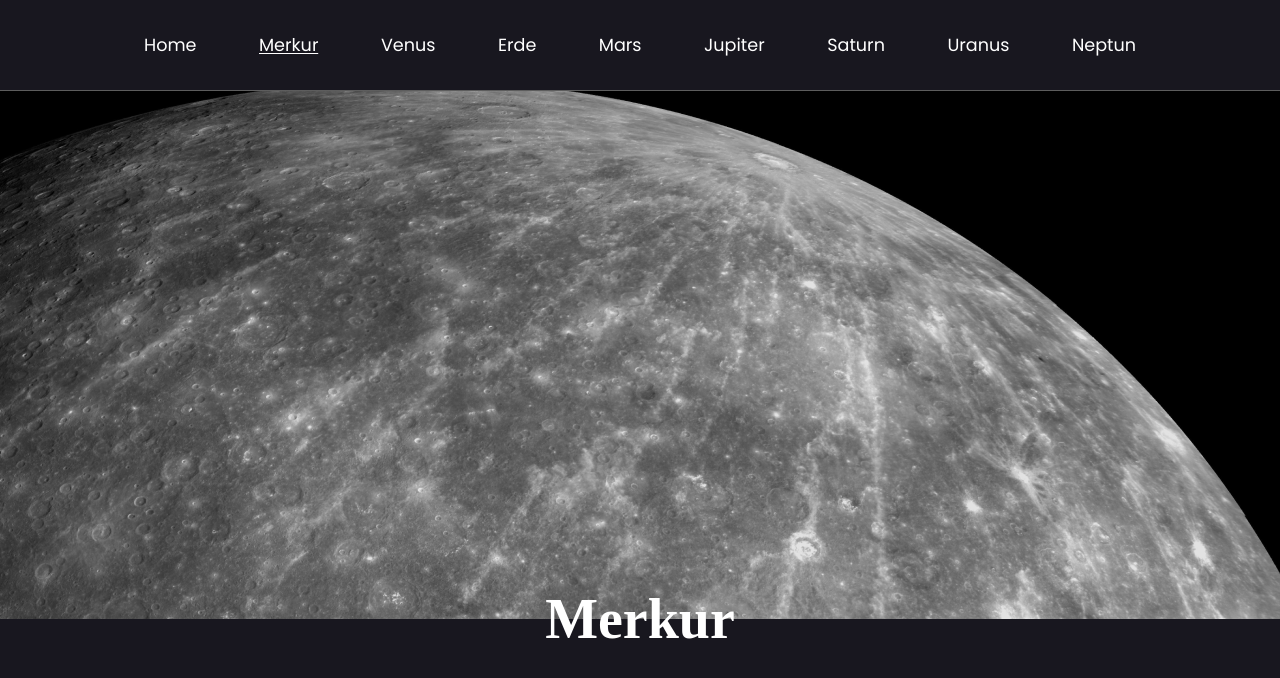
Repository: moreno-livak/solar
Page: dist/html/merkur.html
These files come from the project's save history. The page is drawn as it stood at one moment and after the next save; the edit follows.
The browser window is 1280 px wide. The pictures show the whole page.
The style sheet was rebuilt from its Sass, Less or Tailwind sources for each picture, by a compiler version that may differ from the author's.

Above is the page before, as saved 2022-05-07 12:49:27.
Console error: TypeError: Cannot read properties of null (reading 'getAttribute')

### dist/html/merkur.html
<!DOCTYPE html>
<html>
  <head>
    <!-- Poppins -->
    <link rel="preconnect" href="https://fonts.googleapis.com">
    <link rel="preconnect" href="https://fonts.gstatic.com" crossorigin>
    <link href="https://fonts.googleapis.com/css2?family=Poppins:ital,wght@0,300;0,400;0,500;0,600;0,700;1,300;1,400;1,500;1,600;1,700&display=swap" rel="stylesheet">
    <!-- Playfair Display -->
    <link rel="preconnect" href="https://fonts.googleapis.com">
    <link rel="preconnect" href="https://fonts.gstatic.com" crossorigin>
    <link href="https://fonts.googleapis.com/css2?family=Playfair+Display:wght@700&display=swap" rel="stylesheet">
    <!-- Erscheinungsbild -->
    <link rel="icon" href="../assets/merkur/Merkur_Icon.png">
    <title>Merkur</title>
    <link href="../css/home.css" rel="stylesheet">
  </head>

  <body>
    <nav>
      <ul class="second-nav">
          <li><a href="../index.html">Home</a></li>
          <div class="openMenu"><img class="burger" src="../assets/Menu-Icon.svg" alt="Menu"></div>
      </ul>
      <ul class="mainMenu">
          <li><a class="home" href="../index.html">Home</a></li>
          <li><a class="active margin" href="merkur.html">Merkur</a></li>
          <div class="menu-vl"></div>
          <li><a href="">Venus</a></li>
          <div class="menu-vl"></div>
          <li><a href="">Erde</a></li>
          <div class="menu-vl"></div>
          <li><a href="">Mars</a></li>
          <div class="menu-vl"></div>
          <li><a href="">Jupiter</a></li>
          <div class="menu-vl"></div>
          <li><a href="">Saturn</a></li>
          <div class="menu-vl"></div>
          <li><a href="">Uranus</a></li>
          <div class="menu-vl"></div>
          <li><a href="">Neptun</a></li>
          <div class="closeMenu"><img class="exit" src="../assets/Exit-Menu.svg" alt="Exit"></div>
      </ul>
  </nav>


  <section class="header">
    <div class="image-header"><img src="../assets/Merkur/Merkur-Header.png"></div>
    <h1>Merkur</h1>
  </section>




  <script src="../scripts/merkur.js"></script>
</body>
</html>

### src/scss/home.scss
/*Variablen*/

$left-margin: 9rem;
$base-font-size: 1.1rem;
$transition: .4s;
$main-title: 3.5rem;
$h1: 2.8rem;
$h2: 2.4rem;




/*Scrollbar*/

::-webkit-scrollbar{
    width: .7em;
} // Dicke

::-webkit-scrollbar-track{
    background-color: #242230;
} // Hintergrundfrabe

::-webkit-scrollbar-thumb{
    border-radius: 5px;
    background-color:#312f3f;
    &:hover{
        background-color: #383647;
    }
} // Thumb zum Scrollen




body {
    background: #18171F;
    margin: 0;
    font-family: 'Poppins';
    color: white;
    max-width: 100%;
    overflow-x: hidden;
}



/*Navigation*/

nav {
    border-bottom: 1px #5D5D5D solid;
    .second-nav{
        display: none;
    }

    .menu-vl{
        display: none;
    }

    .openMenu{
        display: none;
    }

    .closeMenu{
        display: none;
    }

    ul{
        margin: 2rem $left-margin 2rem $left-margin;
        display: flex;
        justify-content: space-between;
        li{
            list-style-type: none;
            margin-left: -2.5em;
            a{
                border: none;
                color: white;
                font-size: $base-font-size;
                font-weight: medium;
                text-decoration: none;
                display: inline-block;
                position: relative;
                clip-path: polygon(0 0, 100% 0, 100% 100%, 0% 100%);
                &:before, &:after {
                    position: absolute;
                    content: '';
                    border-bottom: 2px solid rgb(255, 255, 255);
                    border-radius: 0em;
                    bottom: .1em;
                    transition: transform .8s cubic-bezier(0.075, 0.82, 0.165, 1);
                }

               &:before {
                    width: 0.01em;
                    margin-left: -.1em;
                    transform-origin: left;
                }

                &:hover:before {
                    margin-left: 0em;
                    transform: scaleX(88);
                }
            }
            .active{
                text-decoration: underline;
                color: #ffffff;
                text-underline-offset: 0.14em;
            }
        }
    }
}





/*Header*/

header{
    justify-content: space-between;
    display: flex;
    .left{
        float:left;
        margin: 8rem 0 0 $left-margin;
        h1{
            font-family: 'Playfair+Display';
            font-size: $main-title;
            width: 10em;
        }
        p{
            font-size: $base-font-size;
            margin-right: 3rem;
        }
        .cta{
            display: flex;
            background: #242230;
            border-radius: 10px;
            margin-top: 2.5rem;
            width: 19.5rem;
            a{
                background: #FDB513;
                margin-right: 1em;
                padding: .5em 1em .5em 1em;
                border-radius: 8px;
                color: #18171F;
                font-weight: bold;
                font-size: $base-font-size;
                text-decoration: none;
                margin: .5em;
                transition: $transition;
            }
            a:hover{
                margin: 0;
                padding: 1em 1.5em 1em 1.5em;
                transition: $transition;
            }
            p{
                margin: auto 1rem auto 1rem;
                font-size: $base-font-size;
            }
        }
    }
    img{
        margin-top: 3em;
        float:right;
    }
}




/*Quikfacts*/

section.quik-facts{
    margin: 6rem 18rem 6rem 18rem;
    display: flex;
    flex-wrap: wrap;
    justify-content: space-between;
    .quik-fact{
        display: flex;
        margin: 0 2rem 0 2rem;
        p.number{
            font-family: 'Playfair';
            font-size: 3.5rem;
            font-weight: bold;
            color: #ffffff;
            margin: 1rem 1.5rem 0 1.5rem;
        }
        p{
            font-family: 'Poppins';
            color: #BDBDBD;
            font-size: $base-font-size;
        }
    }
}




/*Orbitale Ebene*/

section.orbit{
    margin: 9rem $left-margin 9rem $left-margin;
    h1{
        font-size: $h1;
        font-family: 'Playfair';
        font-weight: bold;
    }

    p{
        font-size: $base-font-size;
        text-align: justify;
        font-weight: 400;
        margin-bottom: 2rem;
    }

    div.content{
        background: #242230;
        border-radius: 10px;
        display: flex;
        padding: .7rem 3rem .7rem .7rem;
        .vl{
            border-left: 3.5px solid #383647;
            margin: auto 2rem auto 2rem;
            height: 6rem;
            border-radius: 10px;
        }
        p{
          font-size: $base-font-size;
          text-align: justify;
          font-weight: 400;
          margin: auto 0 auto 0;
        }
    }

    h2{
        font-size: $h2;
        font-family: 'Playfair';
        font-weight: bold;
        margin-top: 3.5rem;
    }

    .tooltip-dark{
        color: #4884F6;
        cursor: pointer;
        position: relative;
        .tip{
            visibility: hidden;
            width: 200px;
            background-color: #18171F;
            color: #fff;
            text-align: center;
            border-radius: 10px;
            padding: 10px 5px 10px 5px;
            position: absolute;
            display: inline-block;
            bottom: 120%;
            left: 50%;
            margin-left: -110px;
            opacity: 0;
            transition: opacity 0.3s;
            z-index: 1000;
        }
        .tip.active{
            visibility: visible;
            opacity: 1;
        }
    }
    .tooltip-light{
        color: #4884F6;
        cursor: pointer;
        position: relative;
        .tip{
            visibility: hidden;
            width: 245px;
            background-color: #242230;
            color: #fff;
            text-align: center;
            border-radius: 10px;
            padding: 10px 5px 10px 5px;
            position: absolute;
            display: inline-block;
            bottom: 120%;
            left: 50%;
            margin-left: -125px;
            opacity: 0;
            transition: opacity 0.3s;
            z-index: 1000;
        }
        .tip.active{
        visibility: visible;
        opacity: 1;
        }
    }




    /*Tabs*/

    .struggle{
        margin-top: 2rem;
        background: #242230;
        width: 23.9rem;
        border-radius: 10px;
        ul{
            display: flex;
            padding: 0.7rem;
        }
    }
    .tabs .trigger{
        list-style-type: none;
        padding: 10px;
        background: #242230;
        border-radius: 6px;
        display: inline-block;
        padding: 10px 20px;
        cursor: pointer;
    }
    .tabs .trigger.active{
        background: #18171F;
        color: white;
    }
    .tabs .content{
        background: #242230;
        display: none;
    }
    .tabs .content.active{
        display: flex;
        margin-top: 1.5rem;
    }


    .link{
        color: #4884F6;
        text-decoration: none;
    }


    //Trigger
    .dropdown .trigger{
        border: 1px solid #242230;
        border-radius: 10px;
        background: #242230;
        font-size: $base-font-size;
        position: relative;
        cursor: pointer;
        margin: 2rem 0 1em 0;
        padding: 1.5rem;
    }
    .dropdown .trigger.active{
        border: 1px solid #242230;
        border-radius: 10px 10px 0 0;
        background: #242230;
        margin: 2rem 0 0em 0;
    }

    // Symbol
    .dropdown .trigger::after{
        content: ">";
        font-family: 'Arial';
        font-size: large;
        background: #312f3f;
        border-radius: 50%;
        padding: .5rem 2rem .5rem 2rem;
        margin: -.4rem -1.5rem 0rem 0rem;
        right: 1.5rem;
        display: inline-block;
        position: absolute;
        transform: rotate(90deg) scale(0.5, 1);
        font-weight: bold;
        transition: transform 0.3s;
        font-size: 1.2rem;
        font-weight: 400;
    }
    .dropdown .trigger.active::after{
        transform: rotate(-90deg) scale(0.5, 1);
    }

    // Content
    .dropdown .content{
        display: none;
    }
    .dropdown .content.active{
        display: block;
        border: 2px solid #242230;
        background: #18171F;
        font-size: $base-font-size;
        border-radius: 0 0 10px 10px;
        padding: 1.5rem 1.5rem 1.5rem 1.5rem;
        margin-top: -1px;
    }
}



/*Planeten Erkunden*/

.more{
    margin: 3rem $left-margin 4rem $left-margin;
    h1{
        font-size: $h1;
        font-family: 'Playfair';
        font-weight: bold;
    }
    .planets{
        display: grid;
        grid-template-columns: repeat(8, 1fr);
        column-gap: 1.5rem;
        .planet{
            display: grid;
            grid-template-rows: repeat(2, 1fr);
            grid-template-rows: 3rem 4rem;
            place-items: center;
            background: #242230;
            border-radius: 10px;
            text-align: center;
            bottom: 0;
            padding: 1rem 2rem 1rem 2rem;
            text-decoration: none;
            color: #ffffff;
            p{
                margin: 1rem 0 0rem 0;
            }
            img{
                margin: 2rem 0 1rem 0;
                transition: $transition;
            }
        }
        .planet:hover{
            img{
                margin: 1.5rem 0 1.5rem 0;
                transform: rotate(180deg);
                transition: $transition;
            }
        }
    }
}




/*Footer*/
footer{
    margin: $left-margin 0 3rem 0;
    display: flex;
    justify-content: space-around;
    border-top: 1px #5D5D5D solid;
    div{
        margin: 3rem 4rem 0 4rem;
        a{
            margin: 0 2rem 0 2rem;
            text-decoration: none;
            color: #BDBDBD;
            font-size: $base-font-size;
            display: inline-block;
            border: none;
            position: relative;
            clip-path: polygon(0 0, 100% 0, 100% 100%, 0% 100%);
            &:before, &:after {
                position: absolute;
                content: '';
                border-bottom: 2px solid #BDBDBD;
                border-radius: 0em;
                bottom: .1em;
                transition: transform .8s cubic-bezier(0.075, 0.82, 0.165, 1);
            }

           &:before {
                width: 0.01em;
                margin-left: -.1em;
                transform-origin: left;
            }

            &:hover:before {
                margin-left: 0em;
                transform: scaleX(124);
            }
        }
    }
}


/*Other Pages*/
div.sketchfab-embed-wrapper{
    display: grid;
    place-content: center;
    iframe{
        border-radius: 10px;
        width: 77rem;
        margin: 1rem auto 1rem auto;
    }
  }

  .mercury-gif{
    transform: rotate(90deg);
    border-radius: 8px;
    margin-left: 8rem;
  }

  .video{
    border-radius: 8px;
    margin-left: 8rem;
    height: 15rem;
  }

  .header{
    display: grid;
    place-items: center;
    .image-header{
        height: 33rem;
        width: 100%;
        overflow: hidden;
    }
    h1{
        font-size: $main-title;
        font-family: 'Playfair-Display';
        margin-top: -2rem;
    }
  }

/*Media Queries*/
@import 'home-mq';

Loaded but not shown: src/merkur.js (110 lines, source omitted); src/scss/_home-mq.scss (869 lines, source omitted)

After the next save:
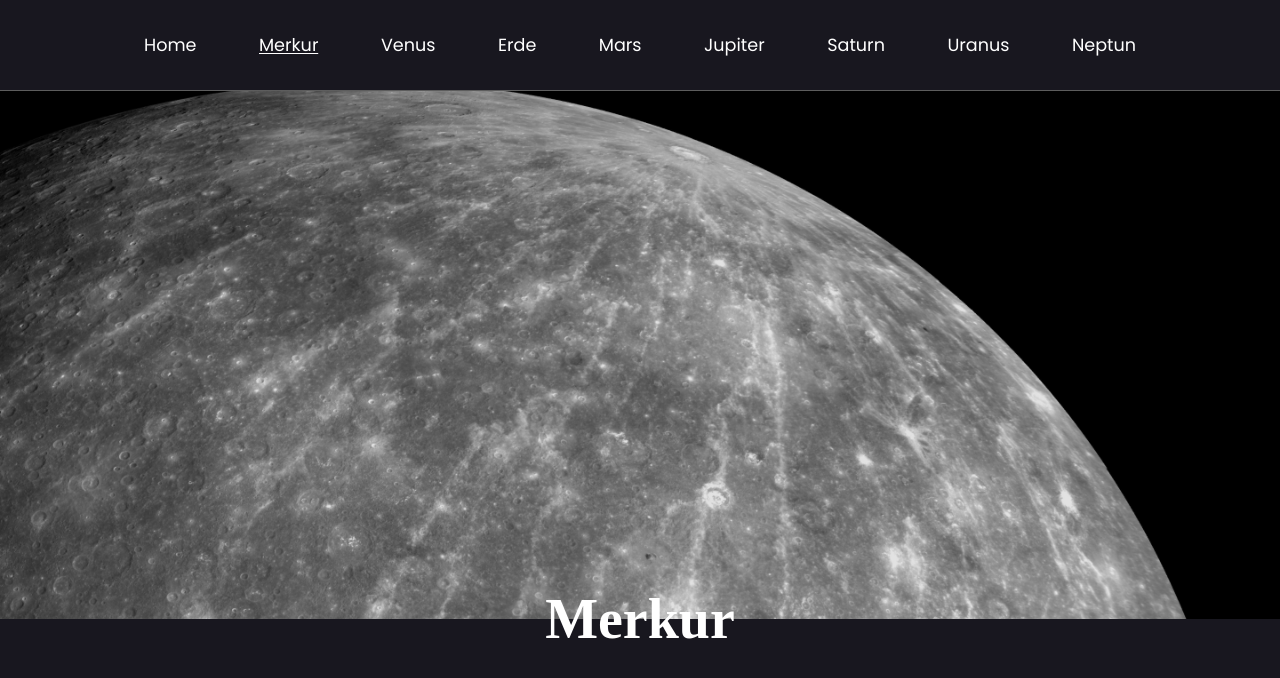
Saved 41 s later.
--- a/src/scss/home.scss
+++ b/src/scss/home.scss
@@ -508,6 +508,9 @@ div.sketchfab-embed-wrapper{
         height: 33rem;
         width: 100%;
         overflow: hidden;
+        img{
+            width: 100%;
+        }
     }
     h1{
         font-size: $main-title;
